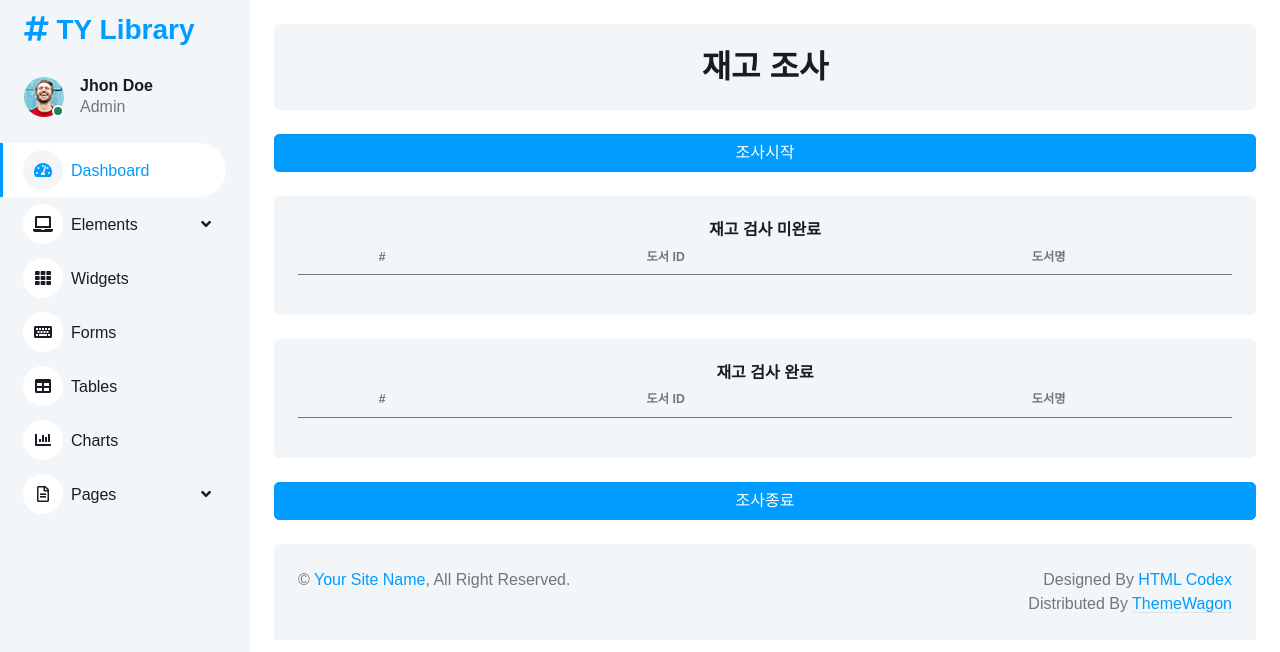
Repository: maryong2/myfirstgitproject
Page: http://localhost/library/WEB-INF/views/admin/user-passreset.jsp
These files come from the project's save history. The page is drawn as it stood at one moment and after the next save; the edit follows.
The browser window is 1280 px wide. The pictures show the whole page.
Some web fonts or font styles are not loaded; a fallback is used. Some web libraries are served in a nearby version. The page is served by Tomcat 9. Nobody is signed in. Other server files are loaded and not shown. The template is opened directly, without the code that normally fills it, so the values that code supplies are empty.

Above is the page before, as saved 2023-11-27 04:56:58.
Console error: SyntaxError: Unexpected token '=='

### library/src/main/webapp/WEB-INF/views/admin/user-passreset.jsp
<%@ page language="java" contentType="text/html; charset=UTF-8"
	pageEncoding="UTF-8"%>
<%@ taglib prefix="c" uri="http://java.sun.com/jsp/jstl/core"%>
<!DOCTYPE html>
<html lang="en">

<head>
<meta charset="utf-8">
<title>DASHMIN - Bootstrap Admin Template</title>
<meta content="width=device-width, initial-scale=1.0" name="viewport">
<meta content="" name="keywords">
<meta content="" name="description">

<!-- Favicon -->
<link href="img/favicon.ico" rel="icon">

<!-- Google Web Fonts -->
<link rel="preconnect" href="https://fonts.googleapis.com">
<link rel="preconnect" href="https://fonts.gstatic.com" crossorigin>
<link
	href="https://fonts.googleapis.com/css2?family=Heebo:wght@400;500;600;700&display=swap"
	rel="stylesheet">

<!-- Icon Font Stylesheet -->
<link
	href="https://cdnjs.cloudflare.com/ajax/libs/font-awesome/5.10.0/css/all.min.css"
	rel="stylesheet">
<link
	href="https://cdn.jsdelivr.net/npm/bootstrap-icons@1.4.1/font/bootstrap-icons.css"
	rel="stylesheet">

<!-- Libraries Stylesheet -->
<link href="/lib/owlcarousel/assets/owl.carousel.min.css"
	rel="stylesheet">
<link href="/lib/tempusdominus/css/tempusdominus-bootstrap-4.min.css"
	rel="stylesheet" />

<!-- Customized Bootstrap Stylesheet -->
<link href="/css/bootstrap.min.css" rel="stylesheet">

<!-- Template Stylesheet -->
<link href="/css/style.css" rel="stylesheet">
</head>

<body>
	<div class="container-xxl position-relative bg-white d-flex p-0">
		<!-- Spinner Start -->
		<div id="spinner"
			class="show bg-white position-fixed translate-middle w-100 vh-100 top-50 start-50 d-flex align-items-center justify-content-center">
			<div class="spinner-border text-primary"
				style="width: 3rem; height: 3rem;" role="status">
				<span class="sr-only">Loading...</span>
			</div>
		</div>
		<!-- Spinner End -->


		<!-- Sidebar Start -->
		<div class="sidebar pe-4 pb-3">
			<nav class="navbar bg-light navbar-light">
				<a href="/tylibrary/admin" class="navbar-brand mx-4 mb-3">
					<h3 class="text-primary">
						<i class="fa fa-hashtag me-2"></i>TY Library
					</h3>
				</a>
				<div class="d-flex align-items-center ms-4 mb-4">
					<div class="position-relative">
						<img class="rounded-circle" src="/img/user.jpg" alt=""
							style="width: 40px; height: 40px;">
						<div
							class="bg-success rounded-circle border border-2 border-white position-absolute end-0 bottom-0 p-1"></div>
					</div>
					<div class="ms-3">
						<h6 class="mb-0">Jhon Doe</h6>
						<span>Admin</span>
					</div>
				</div>
				<div class="navbar-nav w-100">
					<a href="/tylibrary/admin" class="nav-item nav-link active"><i
						class="fa fa-tachometer-alt me-2"></i>Dashboard</a>
					<div class="nav-item dropdown">
						<a href="#" class="nav-link dropdown-toggle"
							data-bs-toggle="dropdown"><i class="fa fa-laptop me-2"></i>Elements</a>
						<div class="dropdown-menu bg-transparent border-0">
							<a href="button.html" class="dropdown-item">Buttons</a> <a
								href="typography.html" class="dropdown-item">Typography</a> <a
								href="element.html" class="dropdown-item">Other Elements</a>
						</div>
					</div>
					<a href="widget.html" class="nav-item nav-link"><i
						class="fa fa-th me-2"></i>Widgets</a> <a href="form.html"
						class="nav-item nav-link"><i class="fa fa-keyboard me-2"></i>Forms</a>
					<a href="table.html" class="nav-item nav-link"><i
						class="fa fa-table me-2"></i>Tables</a> <a href="chart.html"
						class="nav-item nav-link"><i class="fa fa-chart-bar me-2"></i>Charts</a>
					<div class="nav-item dropdown">
						<a href="#" class="nav-link dropdown-toggle"
							data-bs-toggle="dropdown"><i class="far fa-file-alt me-2"></i>Pages</a>
						<div class="dropdown-menu bg-transparent border-0">
							<a href="signin.html" class="dropdown-item">Sign In</a> <a
								href="signup.html" class="dropdown-item">Sign Up</a> <a
								href="404.html" class="dropdown-item">404 Error</a> <a
								href="blank.html" class="dropdown-item">Blank Page</a>
						</div>
					</div>
				</div>
			</nav>
		</div>
		<!-- Sidebar End -->


		<!-- Content Start -->
		<div class="content">
			<!-- Navbar Start -->
			<nav
				class="navbar navbar-expand bg-light navbar-light sticky-top px-4 py-0">
				<a href="/tylibrary/admin" class="navbar-brand d-flex d-lg-none me-4">
					<h2 class="text-primary mb-0">TY Library</h2>
				</a>
			</nav>
			<!-- Navbar End -->


			<!-- Sale & Revenue Start -->
			<div class="container-fluid pt-4 px-4">
				<div class="row g-4">
					<div class="col-sm-12 col-xl-12">
						<div class="bg-light rounded d-md-flex align-items-center p-4">
							<div style="margin: auto">
								<h2 class="mb-0 text-center"
									style="item-align: center !important;">재고 조사</h2>
							</div>
						</div>
					</div>
				</div>
			</div>
			<!-- Sale & Revenue End -->


			<!-- Sales Chart Start -->
			<div class="container-fluid pt-4 px-4">
				<div class="row g-4">
					<div class="col-sm-12 col-xl-12">
						<form action="stock-count" method="post">
							<input type="text" name="stock" value="start"
								style="display: none" id="goscan" /> <input type="text"
								name="state" value="1" style="display: none" /><input
								type="button" id="stock-select"
								class="btn btn-primary m-2 w-100" value="조사시작"
								onclick="determine()" style="margin: 0 !important;" />
						</form>
					</div>


					<!-- Sales Chart End -->
					<div class="col-12">
						<div class="bg-light text-center rounded p-4">
							<h6 class="mb-0">재고 검사 미완료</h6>
							<div class="table-responsive">
								<table class="table small">
									<thead class="small">
										<tr>
											<th scope="col">#</th>
											<th scope="col">도서 ID</th>
											<th scope="col">도서명</th>
										</tr>
									</thead>
									<tbody class="small">
										<c:forEach items="${book_one}" var="book"
											varStatus="loopStatus">
											<tr>
												<th scope="row">${loopStatus.index + 1}</th>
												<td>${book.b_id}</td>
												<td>${book.title}</td>
											</tr>
										</c:forEach>
									</tbody>
								</table>
							</div>
						</div>
					</div>

					<div class="col-12">
						<div class="bg-light text-center rounded p-4">
							<h6 class="mb-0">재고 검사 완료</h6>
							<div class="table-responsive">
								<table class="table small">
									<thead class="small">
										<tr>
											<th scope="col">#</th>
											<th scope="col">도서 ID</th>
											<th scope="col">도서명</th>
										</tr>
									</thead>
									<tbody class="small">
										<c:forEach items="${book_two}" var="book"
											varStatus="loopStatus">
											<tr>
												<th scope="row">${loopStatus.index + 1}</th>
												<td>${book.b_id}</td>
												<td>${book.title}</td>
											</tr>
										</c:forEach>
									</tbody>
								</table>
							</div>
						</div>
					</div>
					<div class="col-sm-12 col-xl-12" id="stock-finish">
						<form action="stock-count" method="post">
							<input type="text" name="stock" value="finish"
								style="display: none" /> <input type="text" name="state"
								value="1" style="display: none" /><input type="submit"
								id="stock-select" class="btn btn-primary m-2 w-100" value="조사종료"
								style="margin: 0 !important;" />
						</form>
					</div>
				</div>
			</div>
			<!-- Footer Start -->

			<div class="container-fluid pt-4 px-4">
				<div class="bg-light rounded-top p-4">
					<div class="row">
						<div class="col-12 col-sm-6 text-center text-sm-start">
							&copy; <a href="#">Your Site Name</a>, All Right Reserved.
						</div>
						<div class="col-12 col-sm-6 text-center text-sm-end">
							<!--/*** This template is free as long as you keep the footer author’s credit link/attribution link/backlink. If you'd like to use the template without the footer author’s credit link/attribution link/backlink, you can purchase the Credit Removal License from "https://htmlcodex.com/credit-removal". Thank you for your support. ***/-->
							Designed By <a href="https://htmlcodex.com">HTML Codex</a> </br>
							Distributed By <a class="border-bottom"
								href="https://themewagon.com" target="_blank">ThemeWagon</a>
						</div>
					</div>
				</div>
			</div>
			<!-- Footer End -->
		</div>
		<!-- Content End -->


		<!-- Back to Top -->
	</div>
	<script type="text/javascript">
	let stockScan = document.getElementById("stock-select");
	let stockFinish = document.getElementById("stock-finish");
	let state = ${state} == null ? null : ${state};
	if(!state){
		alert("잘못된 접근 입니다.");
		console.log(state);
		window.history.back();
	}

	function determine(){
		$.ajax({
            url: "/tylibrary/check-state",
            type: "POST",
            success: function (data) {
           	 if (data<=2){
           		let result = confirm("정말로 조사를 시작하시겠습니까?");
           	    if (result) {
           	      stockScan.form.submit();
           	    } else{
           	      alert("취소되었습니다.");
           	    }
           	 }else if(data==3) {
           		 stockScan.form.submit();
             }
           	},
            error: function () {
           	 alert("오류@@발생")
            }
        });
	}

	if(state <= 2){
		stockScan.value = "조사시작";
			stockFinish.style.display="none";

	}else if(state == 3){
		stockScan.value = "스캔하기"
			stockFinish.style.display="block";
	}
	</script>

	<!-- JavaScript Libraries -->
	<script src="https://code.jquery.com/jquery-3.4.1.min.js"></script>
	<script
		src="https://cdn.jsdelivr.net/npm/bootstrap@5.0.0/dist/js/bootstrap.bundle.min.js"></script>
	<script src="/lib/chart/chart.min.js"></script>
	<script src="/lib/easing/easing.min.js"></script>
	<script src="/lib/waypoints/waypoints.min.js"></script>
	<script src="/lib/owlcarousel/owl.carousel.min.js"></script>
	<script src="/lib/tempusdominus/js/moment.min.js"></script>
	<script src="/lib/tempusdominus/js/moment-timezone.min.js"></script>
	<script src="/lib/tempusdominus/js/tempusdominus-bootstrap-4.min.js"></script>

	<!-- Template Javascript -->
	<script src="/js/main.js"></script>
</body>

</html>

### library/src/main/resources/static/css/style.css
/********** Template CSS **********/
:root {
    --primary: #009CFF;
    --light: #F3F6F9;
    --dark: #191C24;
}

.back-to-top {
    position: fixed;
    display: none;
    right: 45px;
    bottom: 45px;
    z-index: 99;
}


/*** Spinner ***/
#spinner {
    opacity: 0;
    visibility: hidden;
    transition: opacity .5s ease-out, visibility 0s linear .5s;
    z-index: 99999;
}

#spinner.show {
    transition: opacity .5s ease-out, visibility 0s linear 0s;
    visibility: visible;
    opacity: 1;
}


/*** Button ***/
.btn {
    transition: .5s;
}

.btn.btn-primary {
    color: #FFFFFF;
}

.btn-square {
    width: 38px;
    height: 38px;
}

.btn-sm-square {
    width: 32px;
    height: 32px;
}

.btn-lg-square {
    width: 48px;
    height: 48px;
}

.btn-square,
.btn-sm-square,
.btn-lg-square {
    padding: 0;
    display: inline-flex;
    align-items: center;
    justify-content: center;
    font-weight: normal;
    border-radius: 50px;
}


/*** Layout ***/
.sidebar {
    position: fixed;
    top: 0;
    left: 0;
    bottom: 0;
    width: 250px;
    height: 100vh;
    overflow-y: auto;
    background: var(--light);
    transition: 0.5s;
    z-index: 999;
}

.content {
    margin-left: 250px;
    min-height: 100vh;
    background: #FFFFFF;
    transition: 0.5s;
}

@media (min-width: 992px) {
    .sidebar {
        margin-left: 0;
    }

    .sidebar.open {
        margin-left: -250px;
    }

    .content {
        width: calc(100% - 250px);
    }

    .content.open {
        width: 100%;
        margin-left: 0;
    }
}

@media (max-width: 991.98px) {
    .sidebar {
        margin-left: -250px;
    }

    .sidebar.open {
        margin-left: 0;
    }

    .content {
        width: 100%;
        margin-left: 0;
    }
}


/*** Navbar ***/
.sidebar .navbar .navbar-nav .nav-link {
    padding: 7px 20px;
    color: var(--dark);
    font-weight: 500;
    border-left: 3px solid var(--light);
    border-radius: 0 30px 30px 0;
    outline: none;
}

.sidebar .navbar .navbar-nav .nav-link:hover,
.sidebar .navbar .navbar-nav .nav-link.active {
    color: var(--primary);
    background: #FFFFFF;
    border-color: var(--primary);
}

.sidebar .navbar .navbar-nav .nav-link i {
    width: 40px;
    height: 40px;
    display: inline-flex;
    align-items: center;
    justify-content: center;
    background: #FFFFFF;
    border-radius: 40px;
}

.sidebar .navbar .navbar-nav .nav-link:hover i,
.sidebar .navbar .navbar-nav .nav-link.active i {
    background: var(--light);
}

.sidebar .navbar .dropdown-toggle::after {
    position: absolute;
    top: 15px;
    right: 15px;
    border: none;
    content: "\f107";
    font-family: "Font Awesome 5 Free";
    font-weight: 900;
    transition: .5s;
}

.sidebar .navbar .dropdown-toggle[aria-expanded=true]::after {
    transform: rotate(-180deg);
}

.sidebar .navbar .dropdown-item {
    padding-left: 25px;
    border-radius: 0 30px 30px 0;
}

.content .navbar .navbar-nav .nav-link {
    margin-left: 25px;
    padding: 12px 0;
    color: var(--dark);
    outline: none;
}

.content .navbar .navbar-nav .nav-link:hover,
.content .navbar .navbar-nav .nav-link.active {
    color: var(--primary);
}

.content .navbar .sidebar-toggler,
.content .navbar .navbar-nav .nav-link i {
    width: 40px;
    height: 40px;
    display: inline-flex;
    align-items: center;
    justify-content: center;
    background: #FFFFFF;
    border-radius: 40px;
}

.content .navbar .dropdown-toggle::after {
    margin-left: 6px;
    vertical-align: middle;
    border: none;
    content: "\f107";
    font-family: "Font Awesome 5 Free";
    font-weight: 900;
    transition: .5s;
}

.content .navbar .dropdown-toggle[aria-expanded=true]::after {
    transform: rotate(-180deg);
}

@media (max-width: 575.98px) {
    .content .navbar .navbar-nav .nav-link {
        margin-left: 15px;
    }
}


/*** Date Picker ***/
.bootstrap-datetimepicker-widget.bottom {
    top: auto !important;
}

.bootstrap-datetimepicker-widget .table * {
    border-bottom-width: 0px;
}

.bootstrap-datetimepicker-widget .table th {
    font-weight: 500;
}

.bootstrap-datetimepicker-widget.dropdown-menu {
    padding: 10px;
    border-radius: 2px;
}

.bootstrap-datetimepicker-widget table td.active,
.bootstrap-datetimepicker-widget table td.active:hover {
    background: var(--primary);
}

.bootstrap-datetimepicker-widget table td.today::before {
    border-bottom-color: var(--primary);
}


/*** Testimonial ***/
.progress .progress-bar {
    width: 0px;
    transition: 2s;
}


/*** Testimonial ***/
.testimonial-carousel .owl-dots {
    margin-top: 24px;
    display: flex;
    align-items: flex-end;
    justify-content: center;
}

.testimonial-carousel .owl-dot {
    position: relative;
    display: inline-block;
    margin: 0 5px;
    width: 15px;
    height: 15px;
    border: 5px solid var(--primary);
    border-radius: 15px;
    transition: .5s;
}

.testimonial-carousel .owl-dot.active {
    background: var(--dark);
    border-color: var(--primary);
}

### library/src/main/resources/static/js/main.js
(function ($) {
    "use strict";

    // Spinner
    var spinner = function () {
        setTimeout(function () {
            if ($('#spinner').length > 0) {
                $('#spinner').removeClass('show');
            }
        }, 1);
    };
    spinner();


    // Back to top button
    $(window).scroll(function () {
        if ($(this).scrollTop() > 300) {
            $('.back-to-top').fadeIn('slow');
        } else {
            $('.back-to-top').fadeOut('slow');
        }
    });
    $('.back-to-top').click(function () {
        $('html, body').animate({scrollTop: 0}, 1500, 'easeInOutExpo');
        return false;
    });


    // Sidebar Toggler
    $('.sidebar-toggler').click(function () {
        $('.sidebar, .content').toggleClass("open");
        return false;
    });


    // Progress Bar
    $('.pg-bar').waypoint(function () {
        $('.progress .progress-bar').each(function () {
            $(this).css("width", $(this).attr("aria-valuenow") + '%');
        });
    }, {offset: '80%'});


	function getWeekendDates(startDate, endDate) {
		var weekendDates = [];

		while (startDate <= endDate) {
			if (startDate.getDay() === 0 || startDate.getDay() === 6) {
				// 주말인 경우 날짜를 원하는 형식(예: 'YYYY/MM/DD')으로 포맷팅
				var formattedDate = startDate.getFullYear() + '/' + (startDate.getMonth() + 1) + '/' + startDate.getDate();
				weekendDates.push(formattedDate);
			}
			startDate.setDate(startDate.getDate() + 1);
		}

		return weekendDates;
	}

	function convertDay(toDay, weeks) {
		let after = new Date(toDay.getTime() + 7 * weeks * 24 * 60 * 60 * 1000);
		let year = after.getFullYear();
		let month = after.getMonth() + 1;
		let day = after.getDate();
		let ret = year + "/" + (month < 10 ? "0" : "") + month + "/" + day;
		return ret;
	}





	let toDay = new Date();
	let minday = convertDay(toDay, 2)
	var maxday = convertDay(toDay, 4);
	var weekendDatesArray = getWeekendDates(toDay, new Date(toDay.getTime() + 7 * 4 * 24 * 60 * 60 * 1000));
    // Calender
    $('#calender').datetimepicker({
        inline: true,
		format: 'Y-m-d',
		minDate: minday,
		defaultDate: minday,
		maxDate: maxday,
		locale: moment.locale("ko"),
		disabledDates: weekendDatesArray,
    });


    // Testimonials carousel
    $(".testimonial-carousel").owlCarousel({
        autoplay: true,
        smartSpeed: 1000,
        items: 1,
        dots: true,
        loop: true,
        nav : false
    });


    // Worldwide Sales Chart
    var ctx1 = $("#worldwide-sales").get(0).getContext("2d");
    var myChart1 = new Chart(ctx1, {
        type: "bar",
        data: {
            labels: ["2016", "2017", "2018", "2019", "2020", "2021", "2022"],
            datasets: [{
                    label: "USA",
                    data: [15, 30, 55, 65, 60, 80, 95],
                    backgroundColor: "rgba(0, 156, 255, .7)"
                },
                {
                    label: "UK",
                    data: [8, 35, 40, 60, 70, 55, 75],
                    backgroundColor: "rgba(0, 156, 255, .5)"
                },
                {
                    label: "AU",
                    data: [12, 25, 45, 55, 65, 70, 60],
                    backgroundColor: "rgba(0, 156, 255, .3)"
                }
            ]
            },
        options: {
            responsive: true
        }
    });


    // Salse & Revenue Chart
    var ctx2 = $("#salse-revenue").get(0).getContext("2d");
    var myChart2 = new Chart(ctx2, {
        type: "line",
        data: {
            labels: ["2016", "2017", "2018", "2019", "2020", "2021", "2022"],
            datasets: [{
                    label: "Salse",
                    data: [15, 30, 55, 45, 70, 65, 85],
                    backgroundColor: "rgba(0, 156, 255, .5)",
                    fill: true
                },
                {
                    label: "Revenue",
                    data: [99, 135, 170, 130, 190, 180, 270],
                    backgroundColor: "rgba(0, 156, 255, .3)",
                    fill: true
                }
            ]
            },
        options: {
            responsive: true
        }
    });



    // Single Line Chart
    var ctx3 = $("#line-chart").get(0).getContext("2d");
    var myChart3 = new Chart(ctx3, {
        type: "line",
        data: {
            labels: [50, 60, 70, 80, 90, 100, 110, 120, 130, 140, 150],
            datasets: [{
                label: "Salse",
                fill: false,
                backgroundColor: "rgba(0, 156, 255, .3)",
                data: [7, 8, 8, 9, 9, 9, 10, 11, 14, 14, 15]
            }]
        },
        options: {
            responsive: true
        }
    });


    // Single Bar Chart
    var ctx4 = $("#bar-chart").get(0).getContext("2d");
    var myChart4 = new Chart(ctx4, {
        type: "bar",
        data: {
            labels: ["Italy", "France", "Spain", "USA", "Argentina"],
            datasets: [{
                backgroundColor: [
                    "rgba(0, 156, 255, .7)",
                    "rgba(0, 156, 255, .6)",
                    "rgba(0, 156, 255, .5)",
                    "rgba(0, 156, 255, .4)",
                    "rgba(0, 156, 255, .3)"
                ],
                data: [55, 49, 44, 24, 15]
            }]
        },
        options: {
            responsive: true
        }
    });


    // Pie Chart
    var ctx5 = $("#pie-chart").get(0).getContext("2d");
    var myChart5 = new Chart(ctx5, {
        type: "pie",
        data: {
            labels: ["Italy", "France", "Spain", "USA", "Argentina"],
            datasets: [{
                backgroundColor: [
                    "rgba(0, 156, 255, .7)",
                    "rgba(0, 156, 255, .6)",
                    "rgba(0, 156, 255, .5)",
                    "rgba(0, 156, 255, .4)",
                    "rgba(0, 156, 255, .3)"
                ],
                data: [55, 49, 44, 24, 15]
            }]
        },
        options: {
            responsive: true
        }
    });


    // Doughnut Chart
    var ctx6 = $("#doughnut-chart").get(0).getContext("2d");
    var myChart6 = new Chart(ctx6, {
        type: "doughnut",
        data: {
            labels: ["Italy", "France", "Spain", "USA", "Argentina"],
            datasets: [{
                backgroundColor: [
                    "rgba(0, 156, 255, .7)",
                    "rgba(0, 156, 255, .6)",
                    "rgba(0, 156, 255, .5)",
                    "rgba(0, 156, 255, .4)",
                    "rgba(0, 156, 255, .3)"
                ],
                data: [55, 49, 44, 24, 15]
            }]
        },
        options: {
            responsive: true
        }
    });


})(jQuery);

Loaded but not shown: library/src/main/resources/static/lib/owlcarousel/assets/owl.carousel.min.css (common file); library/src/main/resources/static/lib/tempusdominus/css/tempusdominus-bootstrap-4.min.css (library); library/src/main/resources/static/css/bootstrap.min.css (library); library/src/main/resources/static/lib/chart/chart.min.js (library); library/src/main/resources/static/lib/easing/easing.min.js (common file); library/src/main/resources/static/lib/waypoints/waypoints.min.js (library); library/src/main/resources/static/lib/owlcarousel/owl.carousel.min.js (library); library/src/main/resources/static/lib/tempusdominus/js/moment.min.js (library); library/src/main/resources/static/lib/tempusdominus/js/moment-timezone.min.js (library); library/src/main/resources/static/lib/tempusdominus/js/tempusdominus-bootstrap-4.min.js (library)

After the next save:
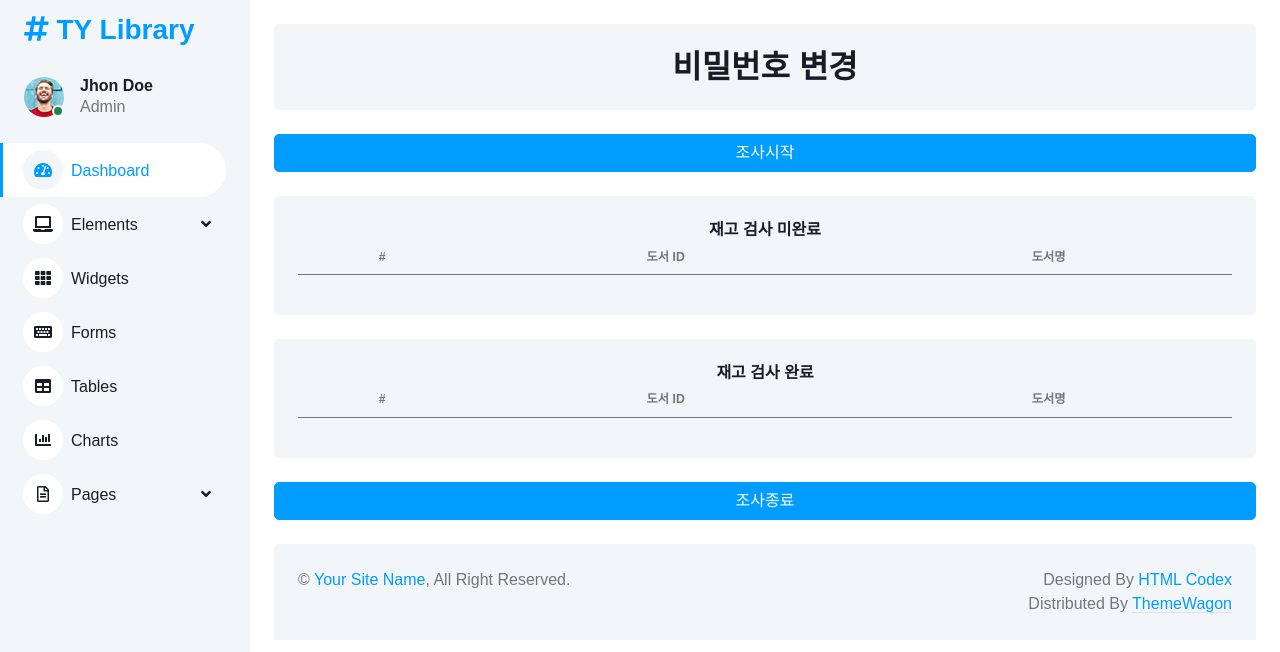
Saved 40 s later.
--- a/library/src/main/webapp/WEB-INF/views/admin/user-passreset.jsp
+++ b/library/src/main/webapp/WEB-INF/views/admin/user-passreset.jsp
@@ -128,7 +128,7 @@
 						<div class="bg-light rounded d-md-flex align-items-center p-4">
 							<div style="margin: auto">
 								<h2 class="mb-0 text-center"
-									style="item-align: center !important;">재고 조사</h2>
+									style="item-align: center !important;">비밀번호 변경</h2>
 							</div>
 						</div>
 					</div>
